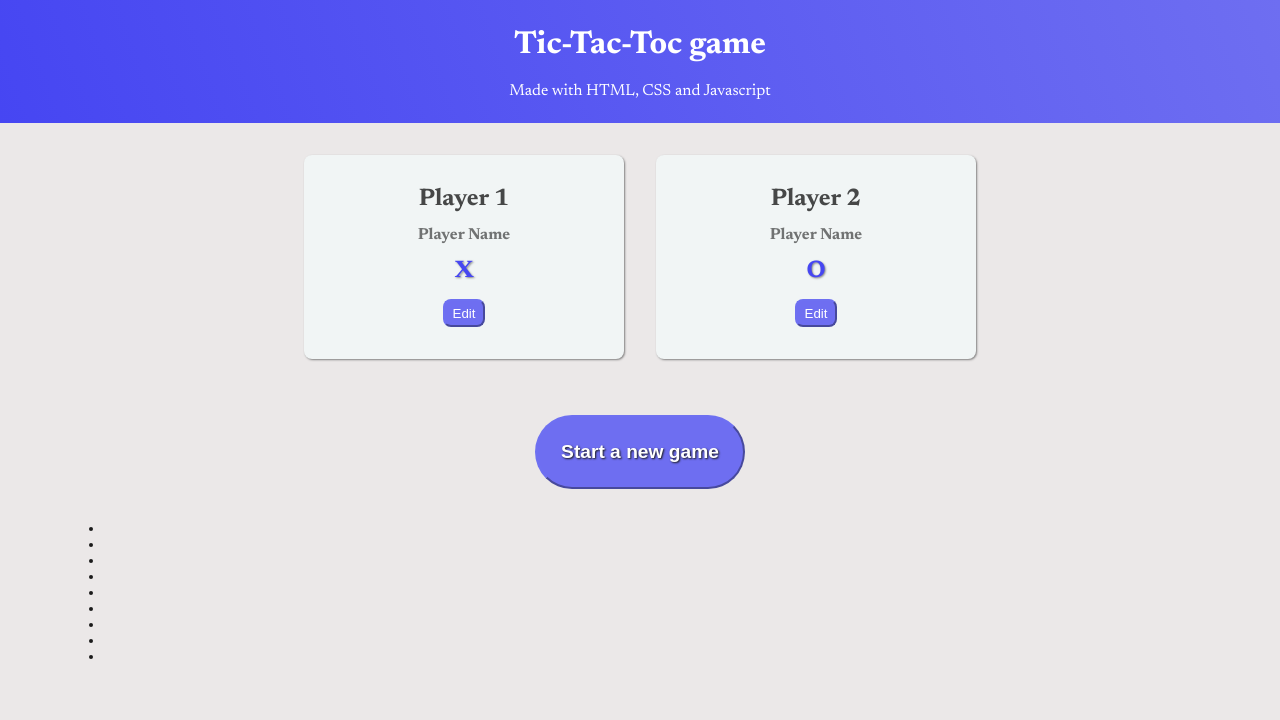
Repository: MicTomm/Tic-tac-toe-game
Page: index.html
These files come from the project's save history. The page is drawn as it stood at one moment and after the next save; the edit follows.
The browser window is 1280 px wide. The pictures show the whole page.

Above is the page before, as saved 2023-06-23 17:11:46.
Not found: js-code

### index.html
<!DOCTYPE html>
<html lang="en">

<head>
    <meta charset="UTF-8">
    <meta name="viewport" content="width=device-width, initial-scale=1.0">
    <title>Tic-Tac-Toe</title>
    <link rel="preconnect" href="https://fonts.googleapis.com">
    <link rel="preconnect" href="https://fonts.gstatic.com" crossorigin>
    <link href="https://fonts.googleapis.com/css2?family=Newsreader:wght@400;700&display=swap" rel="stylesheet">
    <link href="/styles/styles.css" rel="stylesheet">
    <link href="/styles/overlay.css" rel="stylesheet">
    <link href="/styles/game-configuration.css" rel="stylesheet">
    <link href="/styles/game-execution.css" rel="stylesheet">
    <script src="js-code" defer></script>
</head>

<body>
    <div class="back-drop" id="back-drop"></div>
    <header id="main-header">
        <h1>Tic-Tac-Toc game</h1>
        <p>Made with HTML, CSS and Javascript</p>
    </header>
    <main>
        <aside id="aside-container">
            <header id="id=" aside-header>
                <h2>Chose your name</h2>
            </header>
            <form>
                <div id="aside-input-container">
                    <label for="choosing-player-name">Player name</label>
                    <input type="text" id="choosing-player-name">
                </div>
                <div id="aside-buttons-container">
                    <button type="button" class="btn alternative-btn" id="cancel-btn">
                        <a href="/">Cancel</a>
                    </button>
                    <button type="submit" class="btn">Confirm</button>
                </div>
            </form>
        </aside>
        <section id="game-configuration">
            <div id="game-configuration-container">
            <article>
                <div id="player1-container">
                    <h2>Player 1</h2>
                    <p>Player Name</p>
                    <p class="symbol">X</p>
                    <button id="edit-p1-btn" class="btn">Edit</button>
                </div>
            </article>
            <article>
                <div id="player2-container">
                    <h2>Player 2</h2>
                    <p>Player Name</p>
                    <p class="symbol">O</p>
                    <button id="edit-p2-btn" class="btn">
                        <a href="#aside-container">Edit</a>
                    </button>
                </div>
            </article>
        </div>
            <div id="start-game-container">
                <button type="button" id="start-game-btn" class="btn">Start a new game</button>
            </div>
        </section>
        <section id="game-execution">
            <ul>
                <li></li>
                <li></li>
                <li></li>

                <li></li>
                <li></li>
                <li></li>

                <li></li>
                <li></li>
                <li></li>
            </ul>
        </section>
    </main>

</body>

</html>

### styles/styles.css
body{
    margin: 0;
    background-color: rgb(235, 232, 232);
    font-family: 'Newsreader', serif;
    color: rgb(27, 27, 27);
}

a{
    text-decoration: none;
    color: white;
}

#cancel-btn a{
    color: rgb(27, 27, 27);
}

#main-header{
    background: linear-gradient(70deg, rgb(70, 70, 242), rgb(110, 110, 241));
    color: white;
    padding: 0.5rem 5%;
    text-align: center;
}

.btn{
    background-color: rgb(110, 110, 241);
    border-color: rgb(110, 112, 241);
    color: white;
    border-radius: 8px;
    padding: 0.3rem 0.5rem;
}

.alternative-btn{
    background-color: rgb(223, 223, 239);
    border-color: transparent;
    color: rgb(27, 27, 27);
    margin: 0.5rem;
}

.btn:hover{
    background-color:  rgb(127, 127, 233);
    box-shadow: 1px 1px 2px rgb(27, 27, 27);
}

.alternative-btn:hover{
    background-color: rgb(210, 210, 235);
    border-color: rgb(205, 205, 233);
}

aside h2,
aside label{
    color: rgb(110, 110, 241);
    text-shadow: .5px .5px 1px rgb(27, 27, 27, 0.5);
}

form label{
    display: block;
    margin-bottom: .5rem;
}

form input{
    padding: .3rem;
    border-color: transparent;
    border-radius: 8px;
    font-family: inherit;
}

form input:hover,
form input:focus {
    outline: rgb(110, 110, 241) auto 1px;
}

form #aside-buttons-container{
    display: flex;
    flex-flow: row;
    justify-content: center;
    align-items: center;
    margin: .5rem;
}

### styles/overlay.css
#aside-container {
    text-align: center;
    background-color: rgb(241, 245, 245);
    width: 90%;
    margin: 0rem auto;
    border-radius: .6rem;
    padding: .5rem 0rem;
    display: none;
    position: fixed;
    top: 25%;
    left: 5%;
}

#aside-container:target,
#back-drop:target {
    display: block;
}

.back-drop {
    background-color: rgb(168, 157, 157, 0.5);
    width: 100%;
    height: 100%;
    position: fixed;
    display: none;
}

aside h2,
aside label {
    color: rgb(110, 110, 241);
    text-shadow: .5px .5px 1px rgb(27, 27, 27, 0.5);
}

form label {
    display: block;
    margin-bottom: .5rem;
}

form input {
    padding: .3rem;
    border-color: transparent;
    border-radius: 8px;
    font-family: inherit;
    font-weight: 700;
    color: rgb(27, 27, 27, 0.7);
    text-align: center;
}

form input:hover,
form input:focus {
    outline: rgb(110, 110, 241) auto 1px;
}

form #aside-buttons-container {
    display: flex;
    flex-flow: row;
    justify-content: center;
    align-items: center;
    margin: .5rem;
}

@media (min-width: 48rem) {

    #aside-container {
        position: fixed;
        top: 25%;
        left: calc(50% - 20rem);
        width: 40rem;
    }

}

### styles/game-configuration.css
#game-configuration{
    display: flex;
    flex-flow: column;
    align-items: center;
    margin: 2rem auto;
    width: 90%;
}

#game-configuration-container{
    display: flex;
    flex-flow: row;
    justify-content: center;
    align-items: center;
    margin-bottom: 3.5rem;
}

#player1-container,
#player2-container{
    background-color: rgb(241, 245, 245);
    margin: 0rem 1rem;
    padding: 2rem 0rem;
    display: flex;
    flex-flow: column;
    justify-content: center;
    align-items: center;
    width: 20rem;
    border-radius: 8px;
    box-shadow: 1px 1px 2px rgb(27, 27, 27, 0.5);
}

#game-configuration h2{
    margin: 0rem;
    color: rgb(27, 27, 27, 0.8);
}

#game-configuration p{
    color: rgb(27, 27, 27, 0.6);
    font-weight: bold;
}

#game-configuration .symbol{
    margin: 0rem 0rem 1rem 0rem;
    font-weight: 700;
    font-size: 1.5rem;
    color: rgb(70, 70, 242);
    text-shadow: 1px 1px 2px rgb(27, 27, 27, 0.5);
}

#start-game-container{
    display: block;

}

#start-game-btn{
    padding: 1.5rem;
    border-radius: 20rem;
    font-size: 1.2rem;
    font-weight: 700;
    text-shadow: 1px 1px 2px rgb(27, 27, 27);
}

#start-game-btn:hover{
    background: linear-gradient(70deg, rgb(152, 228, 40), rgb(70, 70, 242));
}

### styles/game-execution.css
#game-execution{
    width: 90%;
    margin: 2rem auto;
    text-align: center;
    /* display: none; */
}

After the next save:
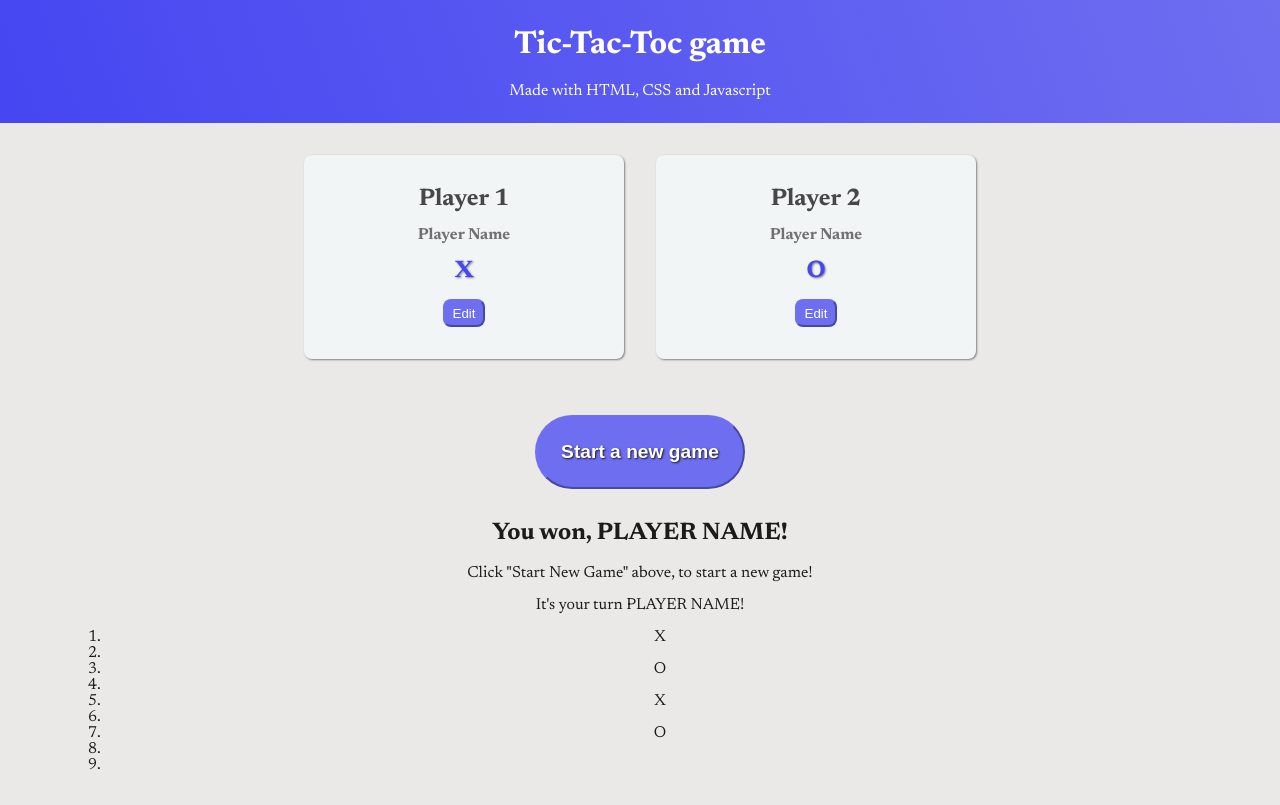
Saved 18 min 56 s later.
--- a/index.html
+++ b/index.html
@@ -65,19 +65,26 @@
             </div>
         </section>
         <section id="game-execution">
-            <ul>
+            <article id="game-over">
+                <h2>You won, <span id="winner-name">PLAYER NAME</span>!</h2>
+                <p>Click "Start New Game" above, to start a new game!</p>
+              </article>
+
+              <p>It's your turn <span id="active-player-name">PLAYER NAME</span>!</p>
+              <ol id="game-board">
+                <li class="disabled">X</li>
+                <li></li>
+                <li class="disabled">O</li>
+
+                <li></li>
+                <li class="disabled">X</li>
+                <li></li>
+
+                <li class="disabled">O</li>
                 <li></li>
                 <li></li>
-                <li></li>
-
-                <li></li>
-                <li></li>
-                <li></li>
-
-                <li></li>
-                <li></li>
-                <li></li>
-            </ul>
+              </ol>
+            </section>
         </section>
     </main>
 
